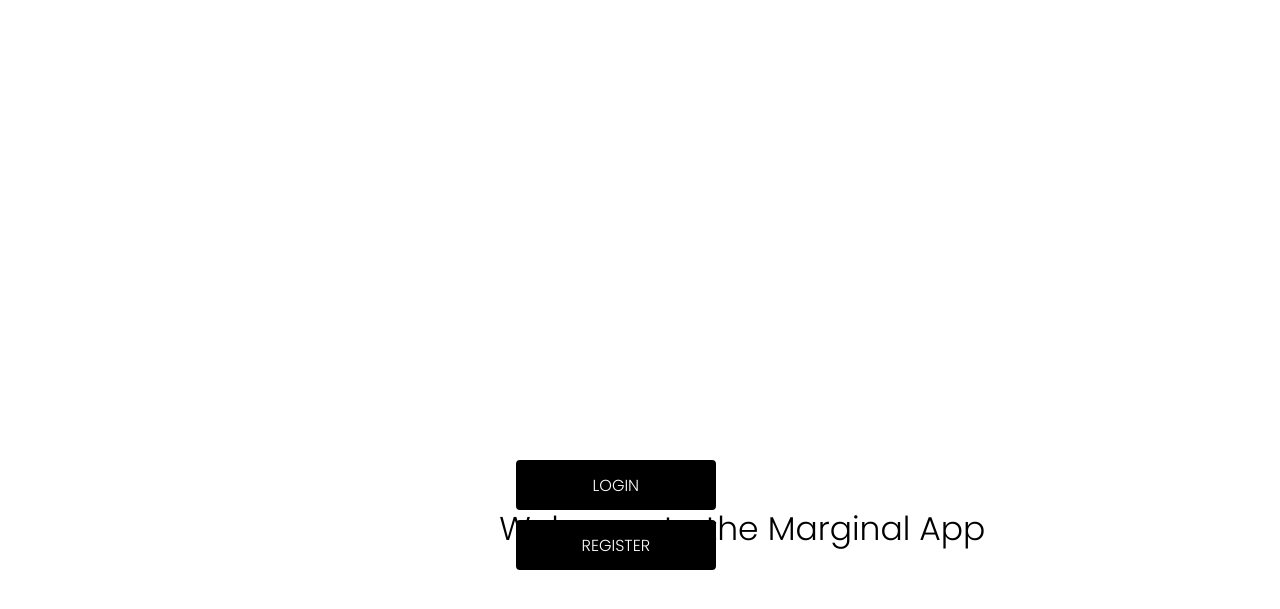
Repository: vu9ar/vu9ar.github.io
Page: WelcomePage/welcome.html
These files come from the project's save history. The page is drawn as it stood at one moment and after the next save; the edit follows.
The browser window is 1280 px wide. The pictures show the whole page.

Above is the page before, as saved 2022-03-27 19:36:56.

### WelcomePage/welcome.html
<!DOCTYPE html>
<html>

<head>
    <meta charset="UTF-8">
    <link rel="stylesheet" href="style.css">
    <link rel="preconnect" href="https://fonts.gstatic.com" crossorigin>
    <link href="https://fonts.googleapis.com/css2?family=Poppins:wght@300&display=swap" rel="stylesheet">
    <link href="https://fonts.googleapis.com/css2?family=Poppins:wght@600&display=swap" rel="stylesheet">
    <meta name="viewport" content="width-device-width, initial-scale=1.0">
    <title>TMHL</title>
</head>


<body>

    <div class="intro">
        <h1 class="logo-header">
            <span class="Logo">Mar</span> <span class="Logo">ginal</span>
        </h1>
    </div>

    <form action="../loginRegister/loginForVerified.html">
        <button class="button">LOGIN</button>
    </form>

    <form action="/loginRegister/guestToVerifiedRegister.html">
        <button class="button">REGISTER</button>
    </form>

    <header class="headerWelcome">Welcome to the Marginal App</header>
    <script src="app.js"></script>

</body>


</html>

### WelcomePage/style.css
* {
    margin: 0;
    padding: 0;
    box-sizing: border-box;
    font-family: 'Poppins', sans-serif;
}


/* Splash */

.intro {
    position: fixed;
    z-index: 1;
    left: 0;
    right: 0;
    width: 100%;
    height: 100vh;
    background-color: #161616;
    transition: 1s;
}

.logo-header {
    position: absolute;
    top: 40%;
    left: 50%;
    transform: translate(-50%, -50%);
    color: #ffffff;
}

.Logo {
    position: relative;
    display: inline-block;
    bottom: -20px;
    opacity: 0;
}

.Logo.active {
    bottom: 0;
    opacity: 1;
    transition: ease-in-out 0.5s;
}

.Logo.fade {
    bottom: 150px;
    opacity: 0;
    transition: ease-in-out 0.5;
}

.button {
    width: 200px;
    height: 50px;
    left: 40.3%;
    top: 450px;
    margin-top: 10px;
    bottom: 50%;
    border: none;
    color: white;
    border-radius: 4px;
    transition: ease-out 0.3s;
    font-size: 1rem;
    outline: none;
    border: 3px solid black;
    position: relative;
    z-index: 1;
    background-color: black;
}

.button:hover {
    color: #ffffff;
    cursor: pointer;
}

.button:before {
    transition: 0.5s all ease;
    position: absolute;
    top: 0;
    left: 50%;
    right: 50%;
    bottom: 0;
    opacity: 0;
    content: "";
    background-color: #42BFB2;
}

.button:hover:before {
    transition: 0.5s all ease;
    left: 0;
    right: 0;
    opacity: 1;
    z-index: -1;
}

.headerWelcome {
    position: fixed;
    margin-top: 30%;
    margin-left: 39%;
    width: 100%;
    height: 60px;
    font-size: 33px;
}

### WelcomePage/app.js
let intro = document.querySelector('.intro');
let logo = document.querySelector('.logo-header');
let logoSpan = document.querySelectorAll('.Logo');
let button = document.querySelectorAll('.button');

window.addEventListener('DOMContentLoaded', () => {

    setTimeout(() => {

        logoSpan.forEach((span, idx) => {
            setTimeout(() => {
                span.classList.add('active');
            }, (idx + 1) * 400);
        });

        setTimeout(() => {
            logoSpan.forEach((span, idx) => {

                setTimeout(() => {
                    span.classList.remove('active');
                    span.classList.add('fade');
                }, (idx + 1) * 50);
            })
        }, 2000);


        setTimeout(() => {
            intro.style.top = '-100vh';
        }, 2300);

    });
});

After the next save:
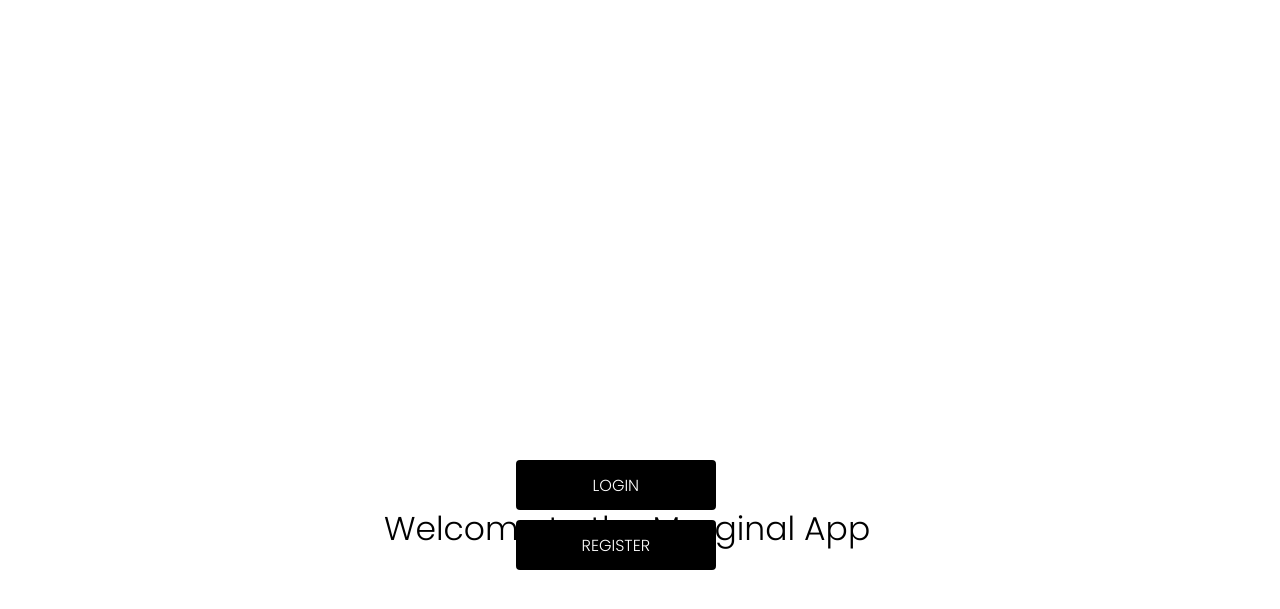
Saved 9 s later.
--- a/WelcomePage/style.css
+++ b/WelcomePage/style.css
@@ -93,7 +93,7 @@
 .headerWelcome {
     position: fixed;
     margin-top: 30%;
-    margin-left: 39%;
+    margin-left: 30%;
     width: 100%;
     height: 60px;
     font-size: 33px;
